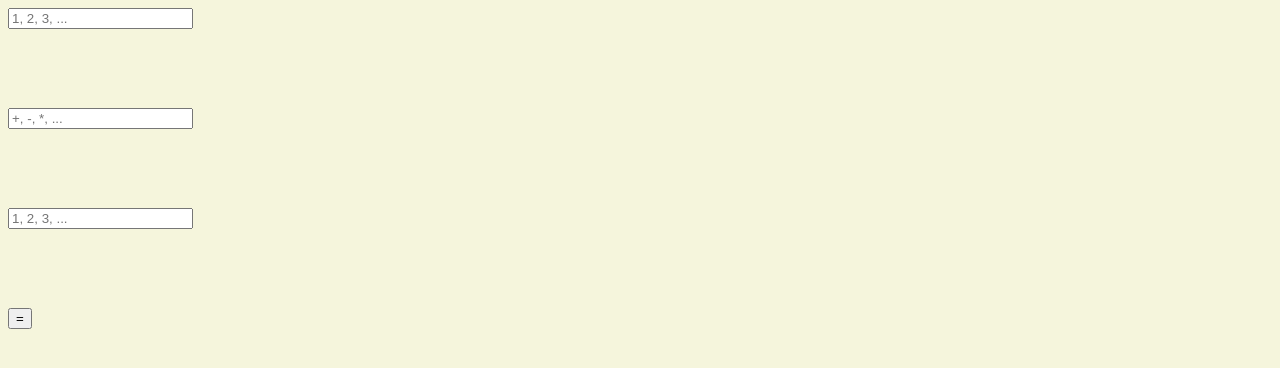
Repository: WesleyErasmus/threeInputCalculator
Page: html/if-calculator.html
The author's editor kept a copy of each file at every save. The page is drawn from the files as they stood at one save, then again after the next save.
The browser window is 1280 px wide. The pictures show the whole page.

Above is the page before, as saved 2022-04-27 22:02:18.

After the next save:
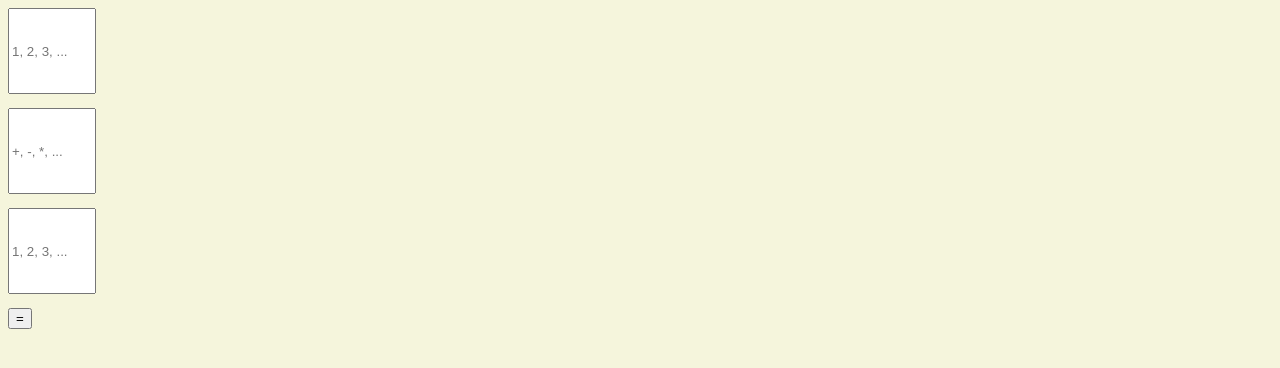
Saved 25 s later.
--- a/css/stylesheet.css
+++ b/css/stylesheet.css
@@ -4,6 +4,10 @@ body {
 form {
 
 }
+input {
+    width: 80px;
+    height: 80px;
+}
 .inputField {
     width: 100px;
     height: 100px;
